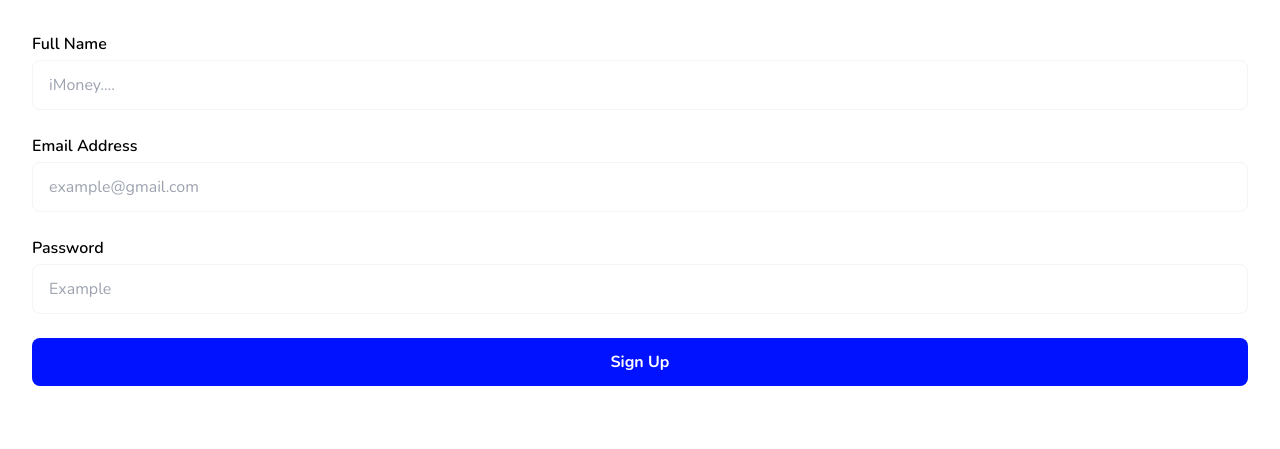
Repository: maixuanhieu/iMoney-VueJS
Page: /register
These files come from the project's save history. The page is drawn as it stood at one moment and after the next save; the edit follows.
The browser window is 1280 px wide. The pictures show the whole page.
The project was rebuilt for these pictures with package versions that can differ from the ones it lists, and the page was loaded fresh each time.

Above is the page before, as saved 2021-11-18 13:57:34.

### public/index.html
<!DOCTYPE html>
<html lang="">
  <head>
    <meta charset="utf-8">
    <meta http-equiv="X-UA-Compatible" content="IE=edge">
    <meta name="viewport" content="width=device-width,initial-scale=1.0">
    <link rel="icon" href="<%= BASE_URL %>favicon.ico">
    <title><%= htmlWebpackPlugin.options.title %></title>
    <link rel="preconnect" href="https://fonts.googleapis.com">
<link rel="preconnect" href="https://fonts.gstatic.com" crossorigin>
<link href="https://fonts.googleapis.com/css2?family=Nunito:ital,wght@0,200;0,300;0,400;0,600;0,700;0,800;0,900;1,200;1,300;1,400;1,600;1,700;1,800;1,900&family=Source+Sans+Pro&display=swap" rel="stylesheet">
  </head>
  <body>
    <noscript>
      <strong>We're sorry but <%= htmlWebpackPlugin.options.title %> doesn't work properly without JavaScript enabled. Please enable it to continue.</strong>
    </noscript>
    <div id="app"></div>
    <!-- built files will be auto injected -->
  </body>
</html>

### src/main.js
import { createApp } from "vue";
import App from "./App.vue";
import router from "./router";

import './assets/styles/tailwind.css';
import './assets/styles/global.css';

import { registerGlobalComponents } from "./utils/import";

const app = createApp(App);

registerGlobalComponents(app);

app.use(router);

app.mount("#app");

### src/App.vue
<template>
  <component :is="layout">
    <router-view />
  </component>
</template>

<script>
import { computed } from "vue";
import { useRoute } from "vue-router";

import { PUBLIC_LAYOUT } from "@/constants/"
export default {
  setup() {
    const route = useRoute();
    console.log(route);
    return {
      layout: computed(() => (route.meta.layout || PUBLIC_LAYOUT) + '-layout')
    };
  },
};
</script>

### src/router/index.js
import { createRouter, createWebHistory } from "vue-router";


const routes = [
  {
    path: "/",
    name: "Home",
    component: () => import(/* webpackChunkName: "home" */ "../views/index.vue"),
  },
  {
    path: "/register",
    name: "Register",
    meta: {
      layout: "auth",
    },
    component: () =>
      import(/* webpackChunkName: "register" */ "../views/register.vue"),
  },
];

const router = createRouter({
  history: createWebHistory(process.env.BASE_URL),
  routes,
});

export default router;

### src/assets/styles/global.css
body{
  font-family: 'Nunito', sans-serif;
  font-size: 16px;
}





@font-face {
  font-family: "t2ico";
  src: url("../fonts/t2ico.eot?84r94p");
  src: url("../fonts/t2ico.eot?84r94p#iefix") format("embedded-opentype"),
    url("../fonts/t2ico.ttf?84r94p") format("truetype"),
    url("../fonts/t2ico.woff?84r94p") format("woff"),
    url("../fonts/t2ico.svg?84r94p#t2ico") format("svg");
  font-weight: normal;
  font-style: normal;
  font-display: block;
}

i {
  /* use !important to prevent issues with browser extensions that change fonts */
  font-family: "t2ico" !important;
  speak: never;
  font-style: normal;
  font-weight: normal;
  font-variant: normal;
  text-transform: none;
  line-height: 1;

  /* Better Font Rendering =========== */
  -webkit-font-smoothing: antialiased;
  -moz-osx-font-smoothing: grayscale;
}

.t2ico-users:before {
  content: "\e915";
  color: #363853;
}
.t2ico-arrow-right:before {
  content: "\e916";
  color: #363853;
}
.t2ico-calendar:before {
  content: "\e917";
  color: #363853;
}
.t2ico-camera:before {
  content: "\e918";
  color: #363853;
}
.t2ico-category:before {
  content: "\e919";
  color: #363853;
}
.t2ico-chart:before {
  content: "\e91a";
  color: #363853;
}
.t2ico-document:before {
  content: "\e91b";
  color: #363853;
}
.t2ico-filter:before {
  content: "\e91c";
  color: #363853;
}
.t2ico-info-square:before {
  content: "\e91d";
  color: #363853;
}
.t2ico-location:before {
  content: "\e91e";
  color: #363853;
}
.t2ico-logout:before {
  content: "\e91f";
  color: #363853;
}
.t2ico-notification:before {
  content: "\e920";
  color: #363853;
}
.t2ico-plus:before {
  content: "\e921";
  color: #363853;
}
.t2ico-presentation:before {
  content: "\e922";
  color: #363853;
}
.t2ico-profile:before {
  content: "\e923";
  color: #363853;
}
.t2ico-setting:before {
  content: "\e924";
  color: #363853;
}
.t2ico-lock:before {
  content: "\e925";
  color: #363853;
}
.t2ico-ticket-star:before {
  content: "\e926";
  color: #363853;
}
.t2ico-trending-down:before {
  content: "\e927";
  color: #363853;
}
.t2ico-trending-up:before {
  content: "\e928";
  color: #363853;
}
.t2ico-wallet:before {
  content: "\e929";
  color: #363853;
}

### src/utils/import.js
import { defineAsyncComponent } from "vue";

export function registerGlobalComponents(app) {
  app.component(
    "auth-layout",
    defineAsyncComponent(() => import("@/layouts/auth"))
  );

  app.component(
    "default-layout",
    defineAsyncComponent(() => import("@/layouts/default"))
  );
}

### src/constants/index.js
export const PUBLIC_LAYOUT = 'default';

### src/views/register.vue
<template>
 <div class="mt-8">
   <div class="container mx-auto px-8">


    <form class="flex flex-col justify-start space-y-6" @submit="onSubmit">
       <div class="row">
         <label class="flex flex-col" for="fullName">
           <span class="font-semibold">Full Name</span>
           <input
           id="fullName"
           class="px-4 py-3 rounded-lg border border-gray-100 mt-1"
           type="text"
           placeholder="iMoney...." />
         </label>
       </div>

        <div class="row">
         <label class="flex flex-col" for="email">
           <span class="font-semibold">Email Address</span>
           <input
           id="email"
           class="px-4 py-3 rounded-lg border border-gray-100 mt-1"
           type="email"
           placeholder="example@gmail.com" />
         </label>
       </div>

        <div class="row">
         <label class="flex flex-col" for="password">
           <span class="font-semibold">Password</span>
           <input
           id="password"
           class="px-4 py-3 rounded-lg border border-gray-100 mt-1"
           type="password"
           placeholder="Example" />
         </label>
       </div>

       <div class="row">
         <button type="submit" class="py-3 text-center w-full bg-primary text-white font-bold rounded-lg">
            Sign Up
         </button>
       </div>
     </form>



     <!-- Start: Direction -->
   </div>
 </div>
</template>


<script>
export default {
  setup(){
    function onSubmit(){}
    return { onSubmit }
  },
}
</script>

### src/layouts/default.vue
<template>
    <h1>Default Layout</h1>

    <slot />
</template>

### tailwind.config.js
module.exports = {
  purge: [],
  darkMode: false, // or 'media' or 'class'
  theme: {
    extend: {
      colors: {
        dark: '#363853',
        primary: '#0012FF',
        green: '#67D4C4',
        red: '#F28080',
      },
    },
  },
  variants: {
    extend: {},
  },
  plugins: [],
}

Loaded but not shown: src/assets/styles/tailwind.css (common file); src/layouts/auth.vue (common file)

After the next save:
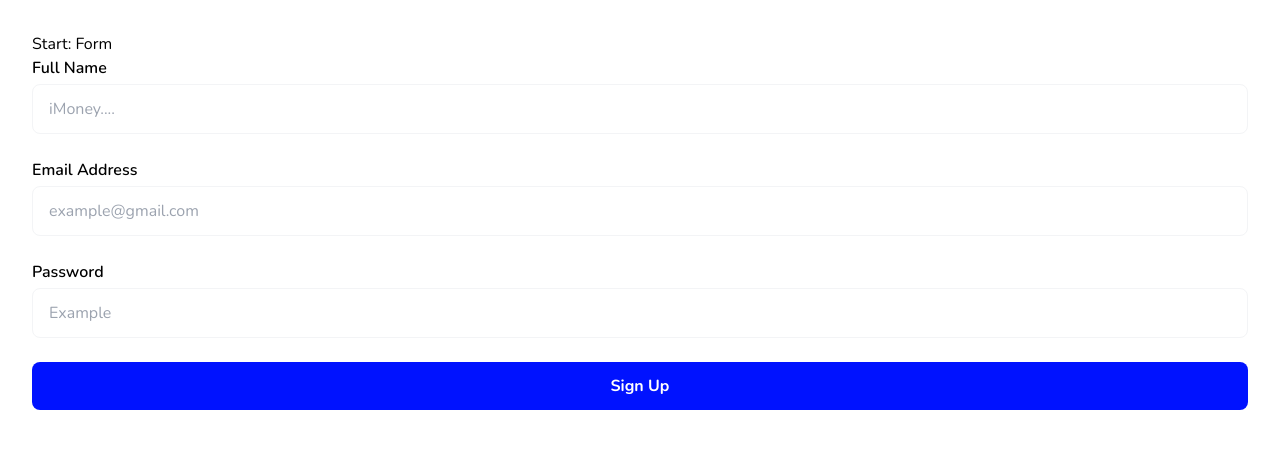
Saved 15 s later.
--- a/src/views/register.vue
+++ b/src/views/register.vue
@@ -2,7 +2,7 @@
  <div class="mt-8">
    <div class="container mx-auto px-8">
 
-
+    Start: Form
     <form class="flex flex-col justify-start space-y-6" @submit="onSubmit">
        <div class="row">
          <label class="flex flex-col" for="fullName">

After the save that followed:
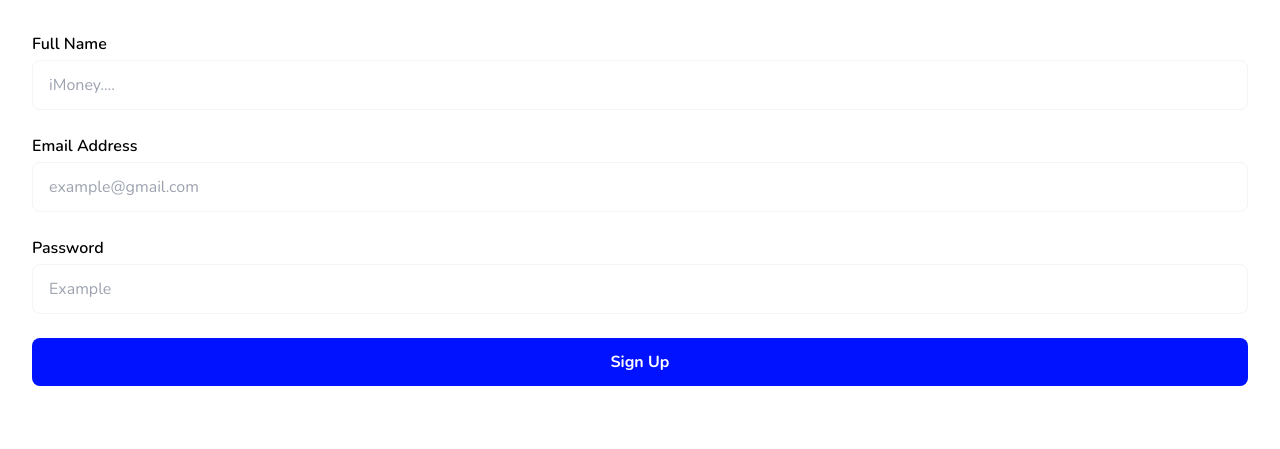
Saved 6 s later.
--- a/src/views/register.vue
+++ b/src/views/register.vue
@@ -2,7 +2,7 @@
  <div class="mt-8">
    <div class="container mx-auto px-8">
 
-    Start: Form
+    <!-- Start: Form -->
     <form class="flex flex-col justify-start space-y-6" @submit="onSubmit">
        <div class="row">
          <label class="flex flex-col" for="fullName">
